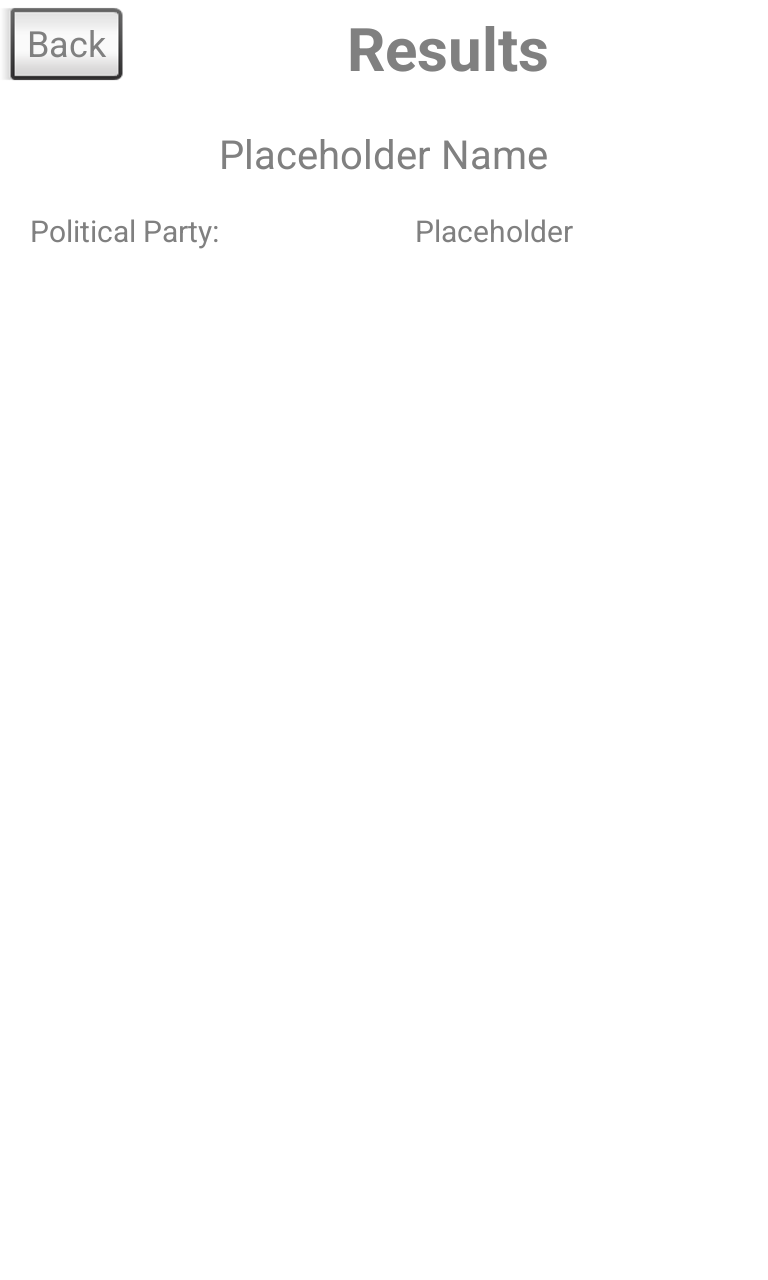
Repository: scottcaruso/Java_I_1307_Week4
Layout: myGov/res/layout/politician_display.xml
An editor plug-in stored every save of this project. The layout is shown before and after the next save, followed by the edit.
It is drawn on a 768 x 1280 px phone screen (xhdpi) without system bars, with theme AppTheme; the app's code is not run.

Above is the layout before, as saved 2013-08-01 21:10:52.

### myGov/res/layout/politician_display.xml
<?xml version="1.0" encoding="utf-8"?>
<LinearLayout xmlns:android="http://schemas.android.com/apk/res/android"
    android:layout_width="match_parent"
    android:layout_height="match_parent"
    android:orientation="vertical" >


    <LinearLayout
        android:layout_width="match_parent"
        android:layout_height="wrap_content"
        android:orientation="horizontal">
	    <Button
	        android:id="@+id/back"
	        style="@android:style/Widget.Holo.Button.Inset"
	        android:layout_width="wrap_content"
	        android:layout_height="wrap_content"
	        android:hint="@string/back" />

	    <TextView
	        android:id="@+id/foundpoliticians"
	        android:layout_width="match_parent"
	        android:layout_height="wrap_content"
	        android:layout_gravity="center"
	        android:gravity="center"
	        android:hint="@string/results"
	        android:textStyle="bold"
	        android:textSize="30sp" />

    </LinearLayout>

        <TextView
            android:id="@+id/politicianName"
            android:layout_width="wrap_content"
            android:layout_height="wrap_content"
            android:layout_gravity="center_horizontal"
            android:layout_marginTop="15dp"
            android:gravity="center"
            android:hint="@string/politician_name"
            android:textSize="20sp" />

     <LinearLayout
         android:layout_width="match_parent"
         android:layout_height="wrap_content"
         android:layout_marginTop="15dp"
         android:orientation="horizontal" >

         <TextView
             android:id="@+id/partylabel"
             android:layout_width="wrap_content"
             android:layout_height="wrap_content"
             android:layout_marginLeft="15dp"
             android:hint="@string/political_party_"
             android:textSize="15sp" />

         <TextView
             android:id="@+id/partytext"
             android:layout_width="match_parent"
             android:layout_height="wrap_content"
             android:layout_gravity="center"
	         android:gravity="center"
             android:hint="@string/placeholder"
             android:textSize="15sp" />
     </LinearLayout>

final TextView polLabel = UIElementCreator.createLabel(currentMainContext, "Politician Name: ");
				final TextView polPartyLabel = UIElementCreator.createLabel(currentMainContext, "Party Affiliaition: ");
				final TextView polStateLabel = UIElementCreator.createLabel(currentMainContext, "From State: ");
				final TextView polTermLabel = UIElementCreator.createLabel(currentMainContext, "Term Started: ");
				final TextView polTwitterLabel = UIElementCreator.createLabel(currentMainContext, "Twitter Handle: ");
				final TextView polWebsiteLabel = UIElementCreator.createLabel(currentMainContext, "Website Address: ");

				final TextView polName = UIElementCreator.createLabel(currentMainContext,thisPol.getString("Name"));
				final TextView polParty = UIElementCreator.createLabel(currentMainContext, thisPol.getString("Party"));
				final TextView polState = UIElementCreator.createLabel(currentMainContext, thisPol.getString("State"));
				final TextView polTerm = UIElementCreator.createLabel(currentMainContext, thisPol.getString("Term Start"));
				final TextView polTwitter = UIElementCreator.createLabel(currentMainContext, thisPol.getString("Twitter"));
				final TextView polWebsite = UIElementCreator.createLabel(currentMainContext, thisPol.getString("Website"));

</LinearLayout>

### myGov/res/values/strings.xml
<?xml version="1.0" encoding="utf-8"?>
<resources>

    <string name="app_name">myGov</string>
    <string name="action_settings">Settings</string>
    <string name="hello_world">Hello world!</string>
    <string name="enter_zip">Enter Zip</string>
    <string name="search_now">Search Now</string>
    <string name="view_saved_politicians">View Saved Politicians</string>
    <string name="back">Back</string>
    <string name="results">Results</string>
    <string name="politician_name">Placeholder Name</string>
    <string name="political_party_">Political Party:</string>
    <string name="placeholder">Placeholder</string>

</resources>

Loaded but not shown: myGov/res/values/styles.xml (common file); myGov/res/values-v11/styles.xml (common file); myGov/res/values-v14/styles.xml (common file)

After the next save:
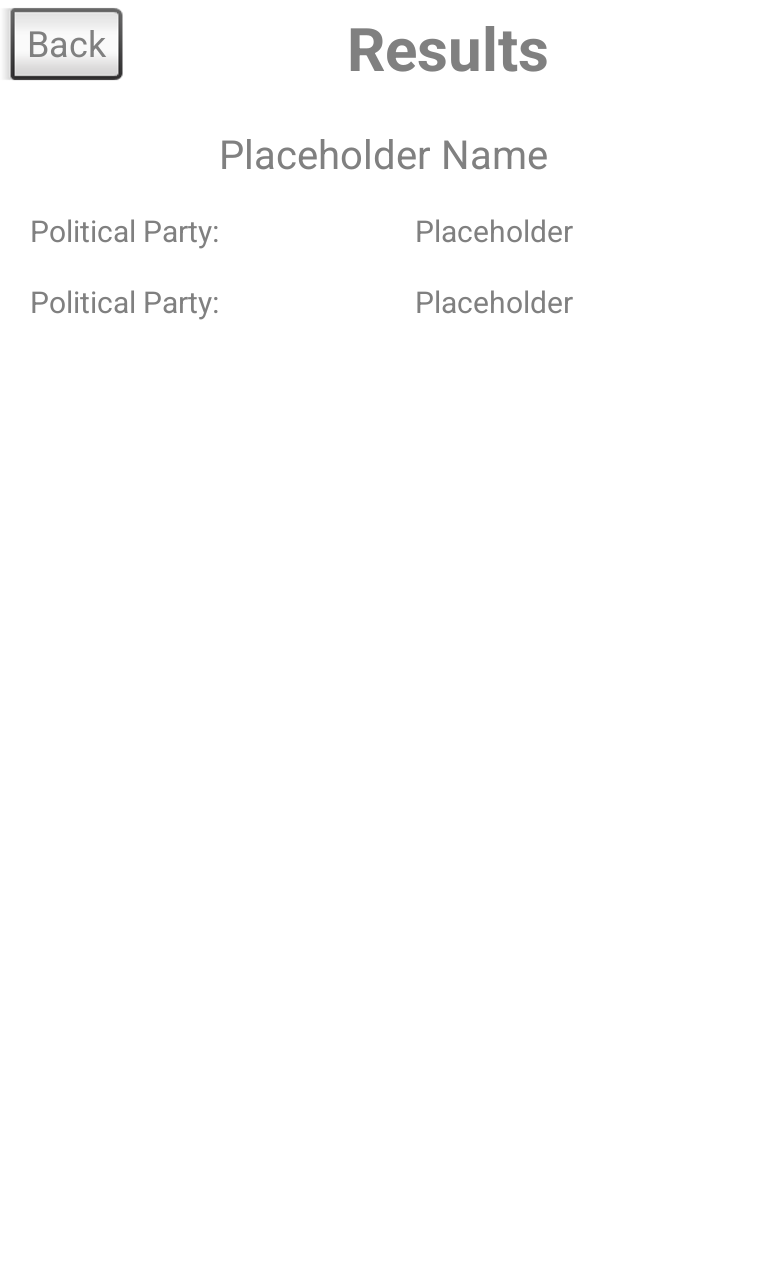
Saved 32 s later.
--- a/myGov/res/layout/politician_display.xml
+++ b/myGov/res/layout/politician_display.xml
@@ -39,6 +39,31 @@
             android:textSize="20sp" />
 
      <LinearLayout
+         android:id="@+id/partyLayout"
+         android:layout_width="match_parent"
+         android:layout_height="wrap_content"
+         android:layout_marginTop="15dp"
+         android:orientation="horizontal" >
+
+         <TextView
+             android:id="@+id/partylabel"
+             android:layout_width="wrap_content"
+             android:layout_height="wrap_content"
+             android:layout_marginLeft="15dp"
+             android:hint="@string/political_party_"
+             android:textSize="15sp" />
+
+         <TextView
+             android:id="@+id/partytext"
+             android:layout_width="match_parent"
+             android:layout_height="wrap_content"
+             android:layout_gravity="center"
+	         android:gravity="center"
+             android:hint="@string/placeholder"
+             android:textSize="15sp" />
+     </LinearLayout>
+
+     <LinearLayout
          android:layout_width="match_parent"
          android:layout_height="wrap_content"
          android:layout_marginTop="15dp"
